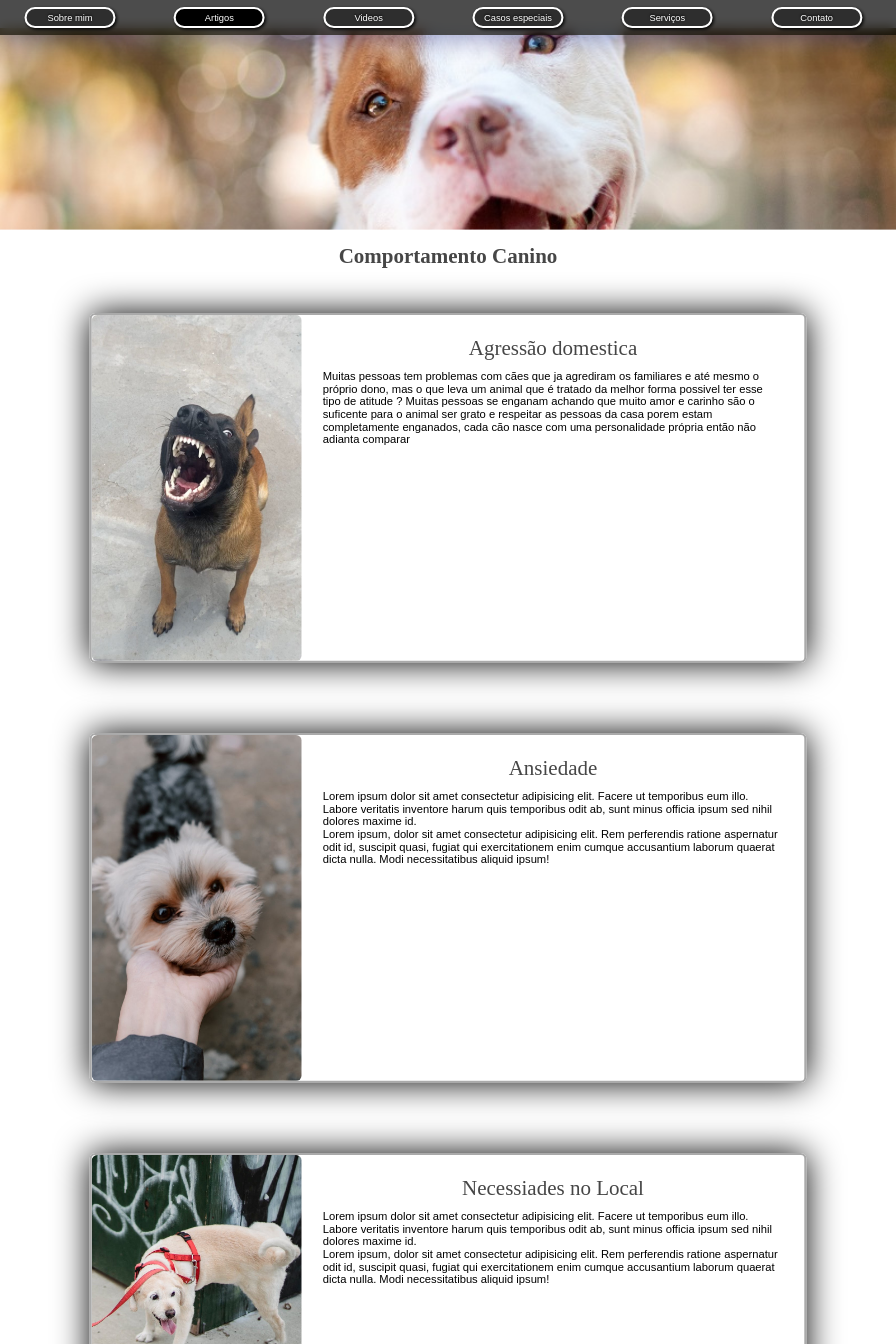
Repository: KevynMarques/Blog-React-StyledComponent
Page: /, after clicking the first element matching `button.sc-eqUAAy`
An editor plug-in stored every save of this project. The page is shown before and after the next save, followed by the edit.
The browser window is 1280 px wide. The pictures show the part of the page from y = 0 to 1920 px (the page is 3448 px tall), at 70% of full size.
The project was rebuilt for these pictures with package versions that can differ from the ones it lists, and the page was loaded fresh each time. Also part of the build but not shown: src/Components/Clientes/index.jsx, src/Components/Serviços/index.jsx, src/Components/Contato/index.jsx, src/Components/View/index.jsx.

Above is the page before, as saved 2022-02-21 15:20:01.

### public/index.html
<!DOCTYPE html>
<html lang="pt-BR">
  <head>
    <meta charset="utf-8" />
    <link rel="icon" href="%PUBLIC_URL%/favicon.ico" />
    <meta name="viewport" content="width=device-width, initial-scale=1" />
    <meta name="theme-color" content="#000000" />
    <meta
      name="description"
      content="Web site created using create-react-app"
    />
    <link rel="apple-touch-icon" href="%PUBLIC_URL%/logo192.png" />
    <!--
      manifest.json provides metadata used when your web app is installed on a
      user's mobile device or desktop. See https://developers.google.com/web/fundamentals/web-app-manifest/
    -->
    <!--
      Notice the use of %PUBLIC_URL% in the tags above.
      It will be replaced with the URL of the `public` folder during the build.
      Only files inside the `public` folder can be referenced from the HTML.

      Unlike "/favicon.ico" or "favicon.ico", "%PUBLIC_URL%/favicon.ico" will
      work correctly both with client-side routing and a non-root public URL.
      Learn how to configure a non-root public URL by running `npm run build`.
    -->
    <title>Adestramento DK</title>
  </head>
  <body>
    <noscript>You need to enable JavaScript to run this app.</noscript>
    <div id="root"></div>
    <!--
      This HTML file is a template.
      If you open it directly in the browser, you will see an empty page.

      You can add webfonts, meta tags, or analytics to this file.
      The build step will place the bundled scripts into the <body> tag.

      To begin the development, run `npm start` or `yarn start`.
      To create a production bundle, use `npm run build` or `yarn build`.
    -->
  </body>
</html>

### src/App.jsx
import Home from './Pages/Home';
import Sobre from './Components/Sobre/index';
import { useState, useEffect } from 'react';
import { GlobalStyle } from './GlobalStyle';
import Geral from './Components/Geral/index';


function App() {

  const [geral, setGeral]=useState(<Sobre />);

  return (
    <>
    <Home setGeral={setGeral} geral={geral}  />
    <Geral geral={geral} />
    <GlobalStyle/>
   </>
  );
}

export default App;

### src/Pages/Home/index.jsx
import React, {useState} from "react"
import {  Home, Videos, Comportamental, Serviços, Diversos, Contato } from "../../Components/Buttons/Style"
import Sobre from '../../Components/Sobre/index'
import Comport  from '../../Components/Artigos/index'
import Clientes from '../../Components/Clientes/index'
import Serv from "../../Components/Serviços"
import Cont from '../../Components/Contato/index'
import View from "../../Components/View"
import { ContainerHeader } from "../../Components/Containers/style"




export default (props) => {

  const [ativo, setAtivo] = useState(false)
  const [ativoVideos, setAtivoVideos] = useState(true)
  const [ativoComp, setComp] = useState(true)
  const [Casos, setCasos] = useState(true)
  const [serviços, setServiços] = useState(true)
  const [contato, setContato] = useState(true)


  return (
   <>
    <ContainerHeader>

       <Home
         setAtivo={setAtivo}
         ativo={ativo}
         onClick={()=>(props.setGeral(<Sobre />),
         setAtivo(false),
         setAtivoVideos(true),
         setComp(true),
         setCasos(true),
         setServiços(true)
         )}>
         <p>Sobre mim</p>
      </Home>


       <Comportamental
          onClick={() =>(props.setGeral(<Comport />),
          setAtivo(true),
          setAtivoVideos(true),
          setComp(false),
          setCasos(true),
          setServiços(true))}

          setComp={setComp}
          ativoComp={ativoComp}>

         <p>Artigos</p>
       </Comportamental>

       <Videos
        ativoEquip={ativoVideos}
        setAtivoVideos={setAtivoVideos}
        onClick={()=>(props.setGeral(<View />),
        setAtivo(true),
        setAtivoVideos(false),
        setComp(true),
        setCasos(true),
        setServiços(true)
        )}>
        <p>Videos</p>
       </Videos>

       <Diversos
          onClick={() =>(props.setGeral(<Clientes />),
          setAtivo(true),
          setAtivoVideos(true),
          setComp(true),
          setCasos(false),
          setServiços(true))}
          setCasos={setCasos}
          Casos={Casos}>
         <p>Casos especiais</p>
       </Diversos>


       <Serviços onClick={() =>(props.setGeral(<Serv />),
        setAtivo(true),
        setAtivoVideos(true),
        setComp(true),
        setCasos(true),
        setServiços(false))}
        setServiços={setServiços}
        serviços={serviços}>
         <p>Serviços</p>
       </Serviços>

       <Contato onClick={() =>(props.setGeral(<Cont />),
        setAtivo(true),
        setAtivoVideos(true),
        setComp(true),
        setCasos(true),
        setServiços(true),
        setContato(false)
       )}
          setContato={setContato}
          contato={contato}>
         <p>Contato</p>
      </Contato>

    </ContainerHeader>
    </>
  );
}

### src/Components/Sobre/index.jsx
import Foto from '../Image/foto.png'
import LV from '../Image/LV.jpg';
import Dog from '../Image/Dog.png'
import { Tittle } from "../Textos&Titles/style";
import { ContainerBaner, ContainerBox, ContainerIMG } from "../Containers/style";
import { Info } from "../Textos&Titles/style";
import { SubTitle } from '../Textos&Titles/style';
import { TitleInfo } from '../Textos&Titles/style';


export default () => {
  return (
<>
     <ContainerBaner>
      <img src={Dog} />
     </ContainerBaner>

   <Tittle>
          Adestramento DK
  </Tittle>


  <ContainerBox>
       <ContainerIMG>
        <img src={Foto} />
       </ContainerIMG>
       <Info>
       <TitleInfo>Quem sou eu</TitleInfo>
       meu nome é Kevyn Marques sempre fui um apaixonado por cães, no ano de 2017 tive o prazer
       de fazer parte do 2BPE  onde pude ter  meu primeiro contato com cães de trabalho tanto de faro como de guarda, encantando com aqueles animais comecei a pesquisar e estudar sobre comportamento canino  e desde la eu nunca mais parei, ao longo da minha jornada como adestrador fiz inumeros cursos com pessoas que estão na aréa do adestramento a anos, tanto no esporte canino como no treinamento pet podendo ter uma visão ampla e diversificade de cada caso que passa pelas minhas mãos, tenho um orgulho enorme dos meus resultados, acredito que todos com a orientação adequada podem ter uma vida em harmonia com seus cães independente do tamanho do problema ele sempre tera solução.
       </Info>
       </ContainerBox>

  <SubTitle>  Viper e Logan !
  </SubTitle>


    <ContainerBox>
       <ContainerIMG>
        <img src={LV} />
       </ContainerIMG>
       <Info>
       <TitleInfo>Nosso dia a dia</TitleInfo>
       Apesar de ter tido cães a vida toda o meu primeiro cão de trabalho foi o Logan, meu pastor Belga Malinois que se encontra ao lado direito da foto, com o Logan vieram inumeros desafios afinal é uma raça dificil de lidar, temperamento forte muita disposição e um drive de caça altissimo, porem com a tecnica é o conhecimento adequado o Logan se tornou a melhor companhia que ja tive na vida, ja o Mali mais escuro na foto é o Viper, minha paixão por Malinois so aumenta e com isso veio mais um para familia, o pequeno Viper é bem diferente do Logan, um cão mais calmo e de um temperamento extremamente equilibrado por enquanto ainda não sei se irei treina-lo para guarda e proteção como o Logan, porem uma coisa é certa, eles fazem uma dupla e tanto !! Irei postar videos rotineiros dos treinos de ambos e espero que vocês acompanhem !
       </Info>
   </ContainerBox>
</>

  );
}

### src/GlobalStyle.jsx
import { createGlobalStyle } from 'styled-components';

 export const GlobalStyle = createGlobalStyle`
  * {
    margin: 0;
    padding: 0;
    box-sizing: border-box;

  }
`;

### src/Components/Geral/index.jsx
import React from "react"

export default (props) => {

  return (

    <>
    {props.geral}
    </>

  );

}

### src/Components/Buttons/Style.jsx
import styled from "styled-components";


export const Home = styled.button `
background:${props => props.ativo ? '#2e2e2e' : '#000000'};
font-family: Arial, Helvetica, sans-serif;
font-style:normal;
color:#ffffff;
border:3px solid #ffffff;
text-shadow:0px -1px 3px #000000;
box-shadow:2px 2px 5px #000000;
box-shadow:2px 2px 5px #000000;
box-shadow:2px 2px 5px #000000;
border-radius:25px 25px 25px 25px;
border-radius:25px 25px 25px 25px;
border-radius:25px 25px 25px 25px;
width:130px;
height: 30px;

&:hover {
  background-color: black;
}

cursor:pointer;
margin:0 auto;
margin-left: 35px;

&:active {
  transform: scale(0.9);
}

`;


export const Videos = styled(Home) `

background:${props => props.ativoEquip ? '#2e2e2e' : '#000000'};

`;

export const Comportamental = styled(Home) `

background:${props => props.ativoComp ? '#2e2e2e' : '#000000'};

`;


export const Diversos = styled(Home) `

background:${props => props.Casos? '#2e2e2e' : '#000000'};

`;


export const Serviços = styled(Home) `

background:${props => props.serviços? '#2e2e2e' : '#000000'};

`;

export const Contato = styled(Home) `

background:#2e2e2e;

`;

### src/Components/Artigos/index.jsx
import Dog from '../Image/pitbull.jpeg'
import Agress from '../Image/agressao.png'
import York from '../Image/york.jpeg'
import Xixi from '../Image/xixi.jpeg'
import Passeio from '../Image/Passeio.jpeg'
import Bagunça from '../Image/bagunça.jpg'
import { Info, SubTitle } from '../Textos&Titles/style'
import { ContainerBaner, ContainerBox, ContainerIMG } from '../Containers/style'
import { TitleInfo } from '../Textos&Titles/style'

export default () => {
  return (
    <>
    <ContainerBaner>
    <img src={Dog} />
    </ContainerBaner>

    <SubTitle>
      Comportamento Canino
     </SubTitle>

      <ContainerBox>
       <ContainerIMG>
        <img src={Agress} />
       </ContainerIMG>
       <Info>
       <TitleInfo>Agressão domestica</TitleInfo>
       Muitas pessoas tem problemas com cães que ja agrediram os familiares e até mesmo o próprio dono, mas o que leva um animal que é tratado
       da melhor forma possivel ter esse tipo de atitude ? Muitas pessoas se enganam achando que muito amor e carinho são o suficente para o animal ser grato e respeitar as pessoas da casa porem estam completamente enganados, cada cão nasce com uma personalidade própria então não adianta comparar
        </Info>
       </ContainerBox>

       <ContainerBox>
       <ContainerIMG>
        <img src={York} />
       </ContainerIMG>
       <Info>
       <TitleInfo>Ansiedade</TitleInfo>
       Lorem ipsum dolor sit amet consectetur adipisicing elit. Facere ut temporibus eum illo. Labore veritatis inventore harum quis temporibus odit ab, sunt minus officia ipsum sed nihil dolores maxime id.
       <br></br>
        Lorem ipsum, dolor sit amet consectetur adipisicing elit. Rem perferendis ratione aspernatur odit id, suscipit quasi, fugiat qui  exercitationem  enim cumque accusantium laborum quaerat dicta nulla. Modi necessitatibus aliquid ipsum!
        </Info>
       </ContainerBox>

       <ContainerBox>
       <ContainerIMG>
        <img src={Xixi} />
       </ContainerIMG>
       <Info>
       <TitleInfo>Necessiades no Local</TitleInfo>
       Lorem ipsum dolor sit amet consectetur adipisicing elit. Facere ut temporibus eum illo. Labore veritatis inventore harum quis temporibus odit ab, sunt minus officia ipsum sed nihil dolores maxime id.
       <br></br>
        Lorem ipsum, dolor sit amet consectetur adipisicing elit. Rem perferendis ratione aspernatur odit id, suscipit quasi, fugiat qui  exercitationem  enim cumque accusantium laborum quaerat dicta nulla. Modi necessitatibus aliquid ipsum!
        </Info>
       </ContainerBox>


       <ContainerBox>
       <ContainerIMG>
        <img src={Passeio} />
       </ContainerIMG>
       <Info>
       <TitleInfo>Passeio</TitleInfo>
       Lorem ipsum dolor sit amet consectetur adipisicing elit. Facere ut temporibus eum illo. Labore veritatis inventore harum quis temporibus odit ab, sunt minus officia ipsum sed nihil dolores maxime id.
       <br></br>
        Lorem ipsum, dolor sit amet consectetur adipisicing elit. Rem perferendis ratione aspernatur odit id, suscipit quasi, fugiat qui  exercitationem  enim cumque accusantium laborum quaerat dicta nulla. Modi necessitatibus aliquid ipsum!
        </Info>
       </ContainerBox>


       <ContainerBox>
       <ContainerIMG>
        <img src={Bagunça} />
       </ContainerIMG>
       <Info>
       <TitleInfo>Destruição de objetos</TitleInfo>
       Lorem ipsum dolor sit amet consectetur adipisicing elit. Facere ut temporibus eum illo. Labore veritatis inventore harum quis temporibus odit ab, sunt minus officia ipsum sed nihil dolores maxime id.
       <br></br>
        Lorem ipsum, dolor sit amet consectetur adipisicing elit. Rem perferendis ratione aspernatur odit id, suscipit quasi, fugiat qui  exercitationem  enim cumque accusantium laborum quaerat dicta nulla. Modi necessitatibus aliquid ipsum!
        </Info>
       </ContainerBox>
    </>
  );
}

### src/Components/Containers/style.jsx
import  styled  from "styled-components";



export const  ContainerHeader  = styled.div `
     width: 100vw;
     height: 50px;
     margin: 0;
     position: fixed;
     z-index: 99999;
     background: rgba( 0, 0, 0, 0.7 );
     box-shadow: 0 8px 32px 0 rgba( 31, 38, 135, 0.37 );
     backdrop-filter: blur( 7.5px );
     -webkit-backdrop-filter: blur( 7.5px );
     color:white;
     display: flex;
     align-items: center;
     justify-content: center;
`;



export const ContainerBaner= styled.div `
  width: 100%;
  height: 40vh;


    img {
    width: 100%;
    height: 100%;
    object-fit: cover;
    margin-top: 40px;

    }
`;


export const  ContainerBox = styled.section `
  height: 500px;
  border: solid 3px #aaaaaa;
  width: 80vw;
  margin: 100px  10%;
  border-radius: 8px;
  box-shadow: 0 0 3em Black;
  display: flex;
  `;


export const ContainerIMG = styled.div `

    min-width:300px;
    height:494px;

  img {
    object-fit: cover;
    width: 100%;
    height: 100%;
    border-radius: 8px;
  }

`;

### src/Components/Textos&Titles/style.jsx
import styled from 'styled-components'



export const Tittle = styled.h1`
@import url('https://fonts.googleapis.com/css2?family=Bangers&display=swap');
color: #312f2f;
font-size: 60px;
font-family: 'Bangers', cursive;
text-align: center;
height: 40px;
margin-top: 45px;
`;


export const Info = styled.p`
 margin: 30px;
 font-family: Arial, Helvetica, sans-serif;
`;


export const SubTitle = styled.h2 `
 text-align: center;
 font-size: 30px;
 margin-top: 60px;
 font-family: Arial, Helvetica, sans-serif;
 color: #464646;
 margin-bottom: -35px;
 font-family: 'Bangers', cursive;
`;


export const TitleInfo = styled.div `
 text-align: center;
 font-size: 30px;
 font-family: Arial, Helvetica, sans-serif;
 color: #464646;
 font-family: 'Bangers', cursive;
 margin-bottom: 15px;
`;

Loaded but not shown: src/index.js (common file)

After the next save:
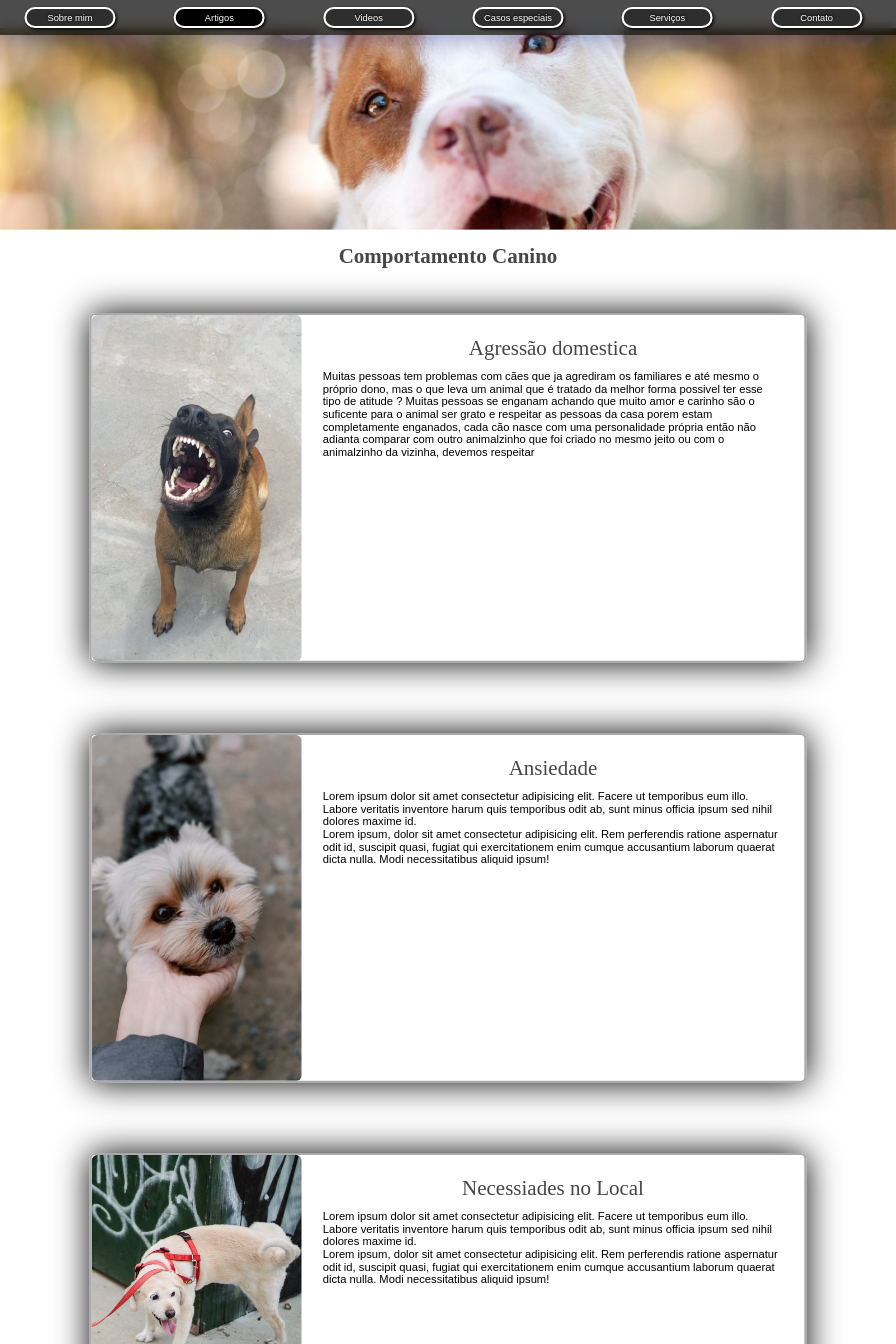
Saved 24 s later.
--- a/src/Components/Artigos/index.jsx
+++ b/src/Components/Artigos/index.jsx
@@ -26,7 +26,7 @@ export default () => {
        <Info>
        <TitleInfo>Agressão domestica</TitleInfo>
        Muitas pessoas tem problemas com cães que ja agrediram os familiares e até mesmo o próprio dono, mas o que leva um animal que é tratado
-       da melhor forma possivel ter esse tipo de atitude ? Muitas pessoas se enganam achando que muito amor e carinho são o suficente para o animal ser grato e respeitar as pessoas da casa porem estam completamente enganados, cada cão nasce com uma personalidade própria então não adianta comparar
+       da melhor forma possivel ter esse tipo de atitude ? Muitas pessoas se enganam achando que muito amor e carinho são o suficente para o animal ser grato e respeitar as pessoas da casa porem estam completamente enganados, cada cão nasce com uma personalidade própria então não adianta comparar com outro animalzinho que foi criado no mesmo jeito ou com o animalzinho da vizinha, devemos respeitar
         </Info>
        </ContainerBox>
 
